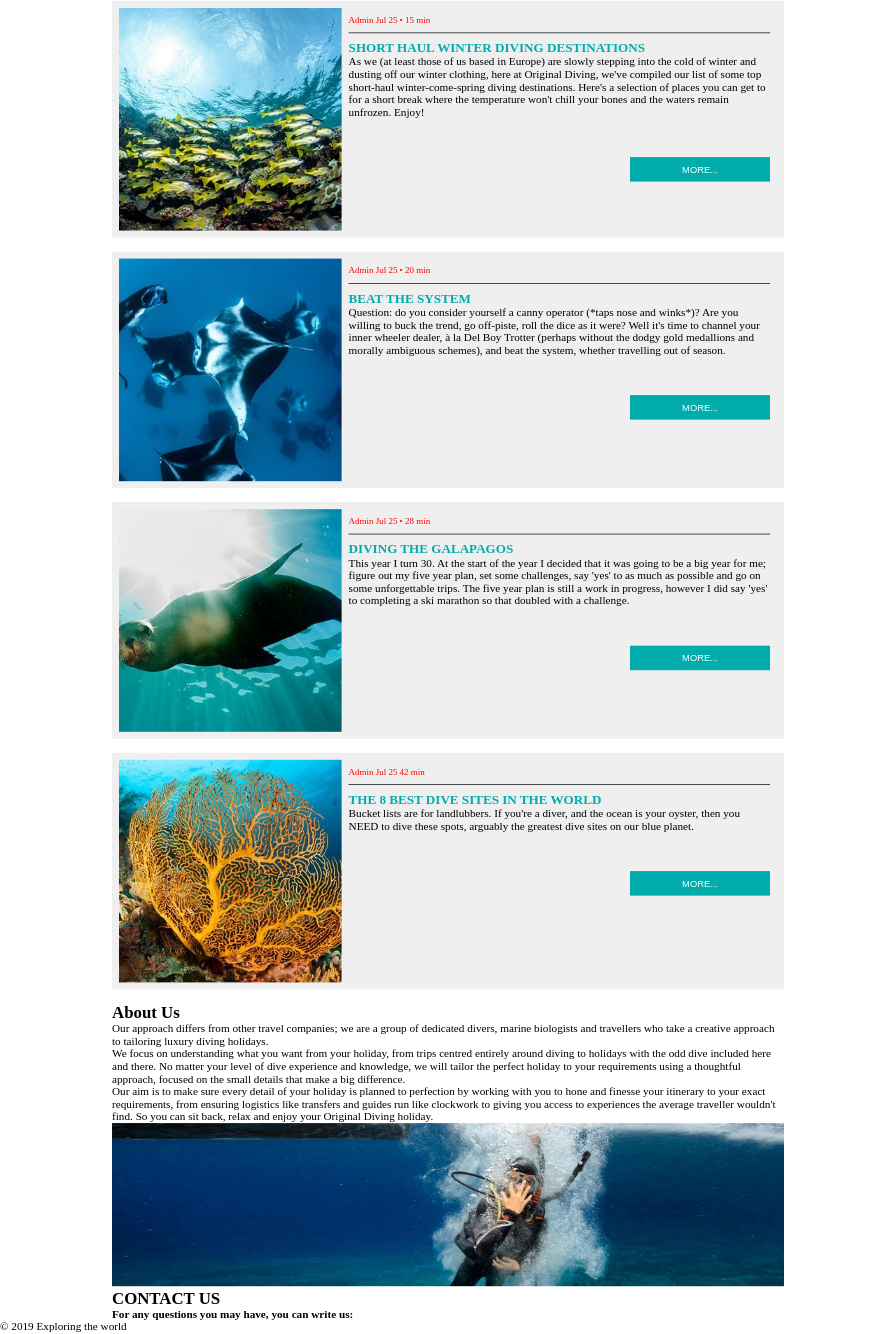
Repository: M1shkaBear/FLX
Page: FLX_homework_3/homework/index.html
These files come from the project's save history. The page is drawn as it stood at one moment and after the next save; the edit follows.
The browser window is 1280 px wide. The pictures show the part of the page from y = 1538 to 3458 px (the page is 3443 px tall before and 3458 px after), at 70% of full size.
The style sheet was rebuilt from its Sass, Less or Tailwind sources for each picture, by a compiler version that may differ from the author's.

Above is the page before, as saved 2019-01-26 18:12:21.

After the next save:
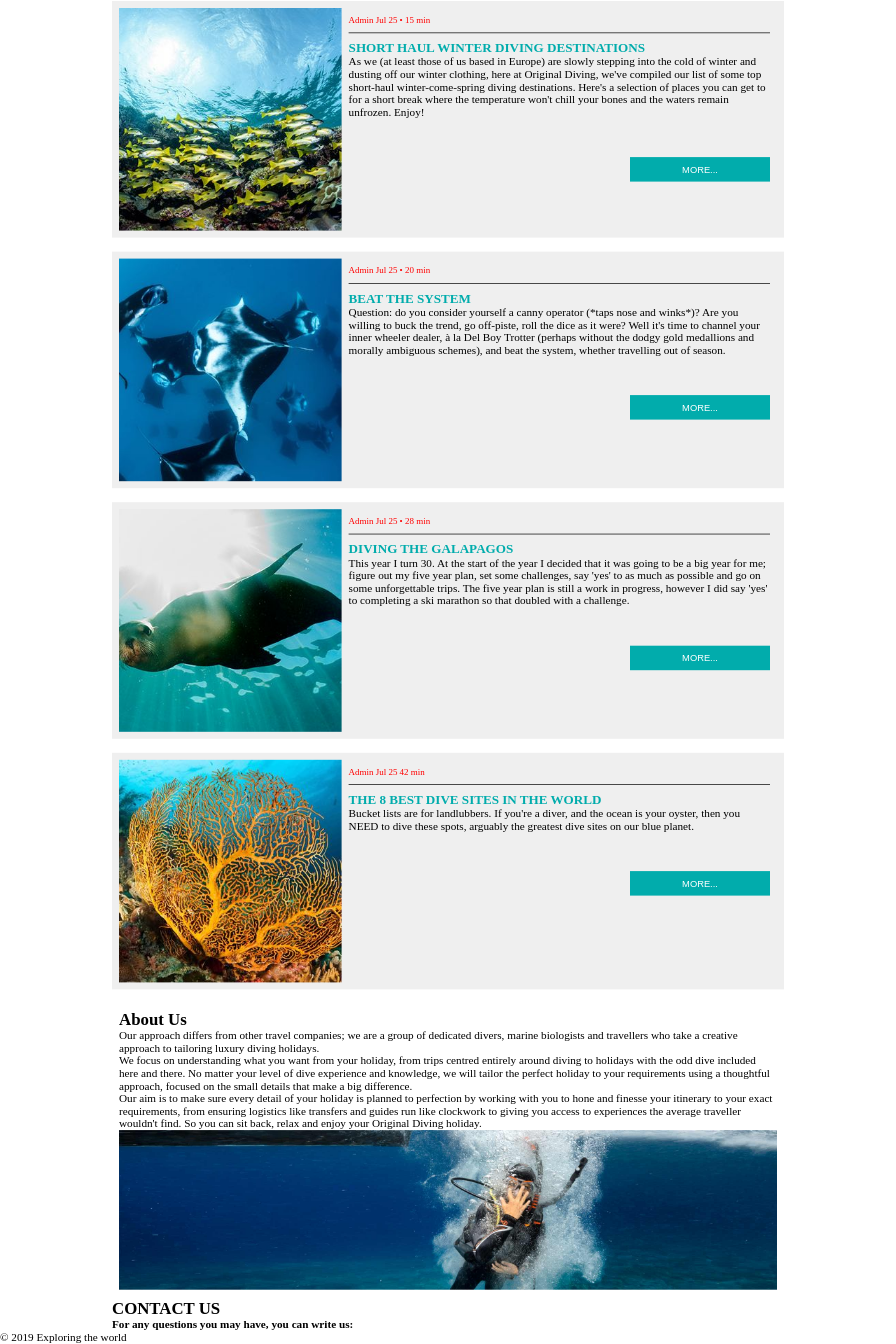
Saved 4 min 22 s later.
--- a/FLX_homework_3/homework/scss/_main.scss
+++ b/FLX_homework_3/homework/scss/_main.scss
@@ -70,9 +70,6 @@
     }
   }
 }
-#about img {
-  width: 100%;
-}
 .toolbar {
   margin: 20px 0 0 80%;
   input {
@@ -132,3 +129,12 @@
   padding-bottom: 10px;
   color: $datecolor;
 }
+#about {
+  margin: 10px;
+  p {
+    margin-top: 0px;
+  }
+  img {
+    width: 100%;
+  }
+}

After the save that followed:
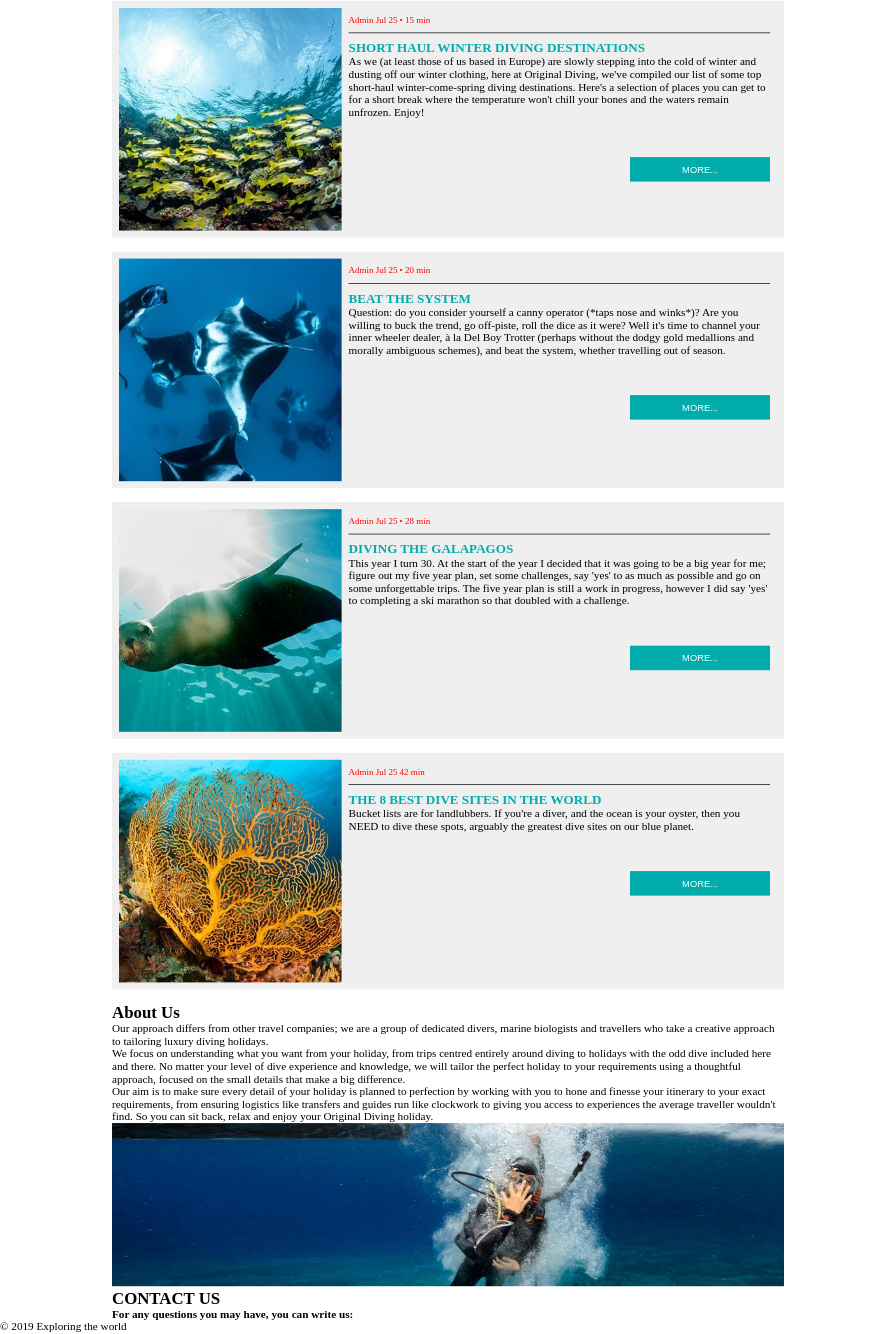
Saved 18 s later.
--- a/FLX_homework_3/homework/scss/_main.scss
+++ b/FLX_homework_3/homework/scss/_main.scss
@@ -130,10 +130,6 @@
   color: $datecolor;
 }
 #about {
-  margin: 10px;
-  p {
-    margin-top: 0px;
-  }
   img {
     width: 100%;
   }
